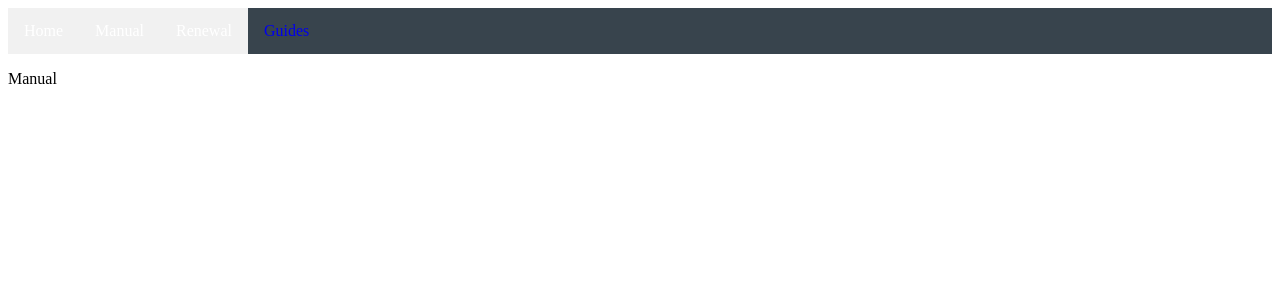
Repository: muesinga/ticketoffice-dot-info
Page: guides/manual.html
The author's editor kept a copy of each file at every save. The page is drawn from the files as they stood at one save, then again after a run of saves.
The browser window is 1280 px wide. The pictures show the whole page.

Above is the page before, as saved 2022-06-07 14:44:39.
Console error: TypeError: Cannot read properties of null (reading 'getElementsByClassName')

### guides/manual.html
<!DOCTYPE html>
<html>
<head>
    <link rel="stylesheet" href="/style/style.css">
    <link rel="import" href="/components/nav.html">
    <script src="/src/nav.js" deferd></script>
    <script src="/src/index.js" defer></script>
</head>
<body>
    <script id="replace_with_navbar" src="index.js"></script>
<p>
    Manual
</p>

</body>
</html>

### style/style.css
#navlink-container {
  list-style-type: none;
  margin: 0;
  padding: 0;
  overflow: hidden;
  background-color: #38444d;
}
.navlink {
  border: none;
  outline: none;
  padding: 14px 16px;
  background-color: #f1f1f1;
  text-decoration: none;
  display: block;
  color: white;
  float: left;
}

.active, .navlink:hover, .dropdown:hover {
  background-color: #666;
  color: white;
}

.dropbtn {
  display: inline-block;
  /* color: white; */
  text-align: center;
  padding: 14px 16px;
  text-decoration: none;
}

li.dropdown {
  display: inline-block;
}

.dropdown-content {
  display: none;
  position: absolute;
  background-color: #f9f9f9;
  min-width: 160px;
  box-shadow: 0px 8px 16px 0px rgba(0,0,0,0.2);
  z-index: 1;
}

.dropdown-content a {
  color: black;
  padding: 12px 16px;
  text-decoration: none;
  display: block;
  text-align: left;
}

.dropdown-content a:hover {background-color: #f1f1f1;}

.dropdown:hover .dropdown-content {
  display: block;
}

### src/nav.js
fetch('/components/nav.html')
.then(res => res.text())
.then(text => {
    let oldelem = document.querySelector("script#replace_with_navbar");
    let newelem = document.createElement("div");
    newelem.innerHTML = text;
    oldelem.parentNode.replaceChild(newelem,oldelem);
})

### src/index.js
var navlinkContainer = document.getElementById("navlink-container")
var navlinks = navlinkContainer.getElementsByClassName("navlink")


for (var i = 0; i < navlinks.length; i++) {
    navlinks[i].addEventListener("click", function() {
        var current = document.getElementsByClassName("active");
        current[0].className = current[0].className,replace("active", "");
        this.className += "active";
    });
}

### components/nav.html
<nav>
    <ul id="navlink-container">
        <li><a class="navlink" href="../index.html">Home</a></li>
        <li><a class="navlink" href="../guides/manual.html">Manual</a></li>
        <li><a class="navlink" href="../guides/renewal.html">Renewal</a></li>
        <li class="dropdown">
        <a href="javascript:void(0)" class="dropbtn">Guides</a>
        <div class="dropdown-content">
            <a href="../guides/manual.html">Manual</a>
            <a href="../guides/renewal.html">Renewal</a>
        </div>
        </li>
    </ul>
</nav>

After the next 2 saves:
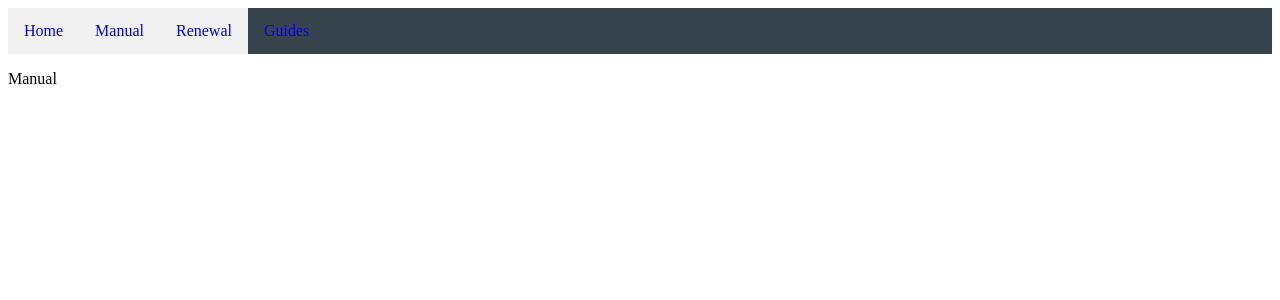
The 2 saves are shown as one change because they came seconds apart.
The last was saved 6 s later.
--- a/style/style.css
+++ b/style/style.css
@@ -12,13 +12,13 @@
   background-color: #f1f1f1;
   text-decoration: none;
   display: block;
-  color: white;
+  /* color: white; */
   float: left;
 }
 
 .active, .navlink:hover, .dropdown:hover {
   background-color: #666;
-  color: white;
+  /* color: white; */
 }
 
 .dropbtn {
